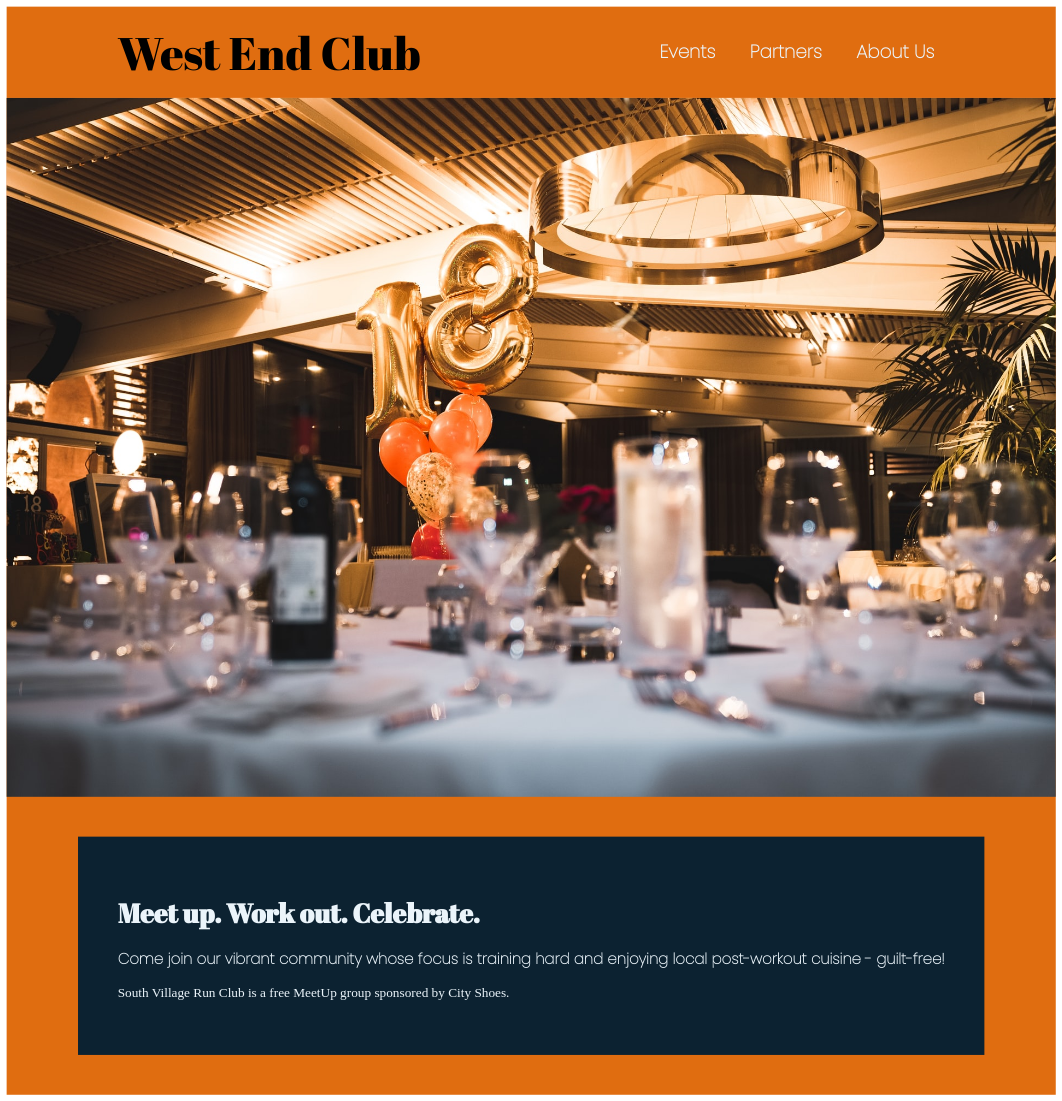
Repository: lastbronx41/lastbronx41.github.io
Page: starting/index.html
The author's editor kept a copy of each file at every save. The page is drawn from the files as they stood at one save, then again after a run of saves.
The browser window is 1280 px wide. The pictures show the whole page, at 83% of full size.
Some web fonts or font styles are not loaded; a fallback is used.

Above is the page before, as saved 2022-07-19 04:39:55.

After the next 3 saves:
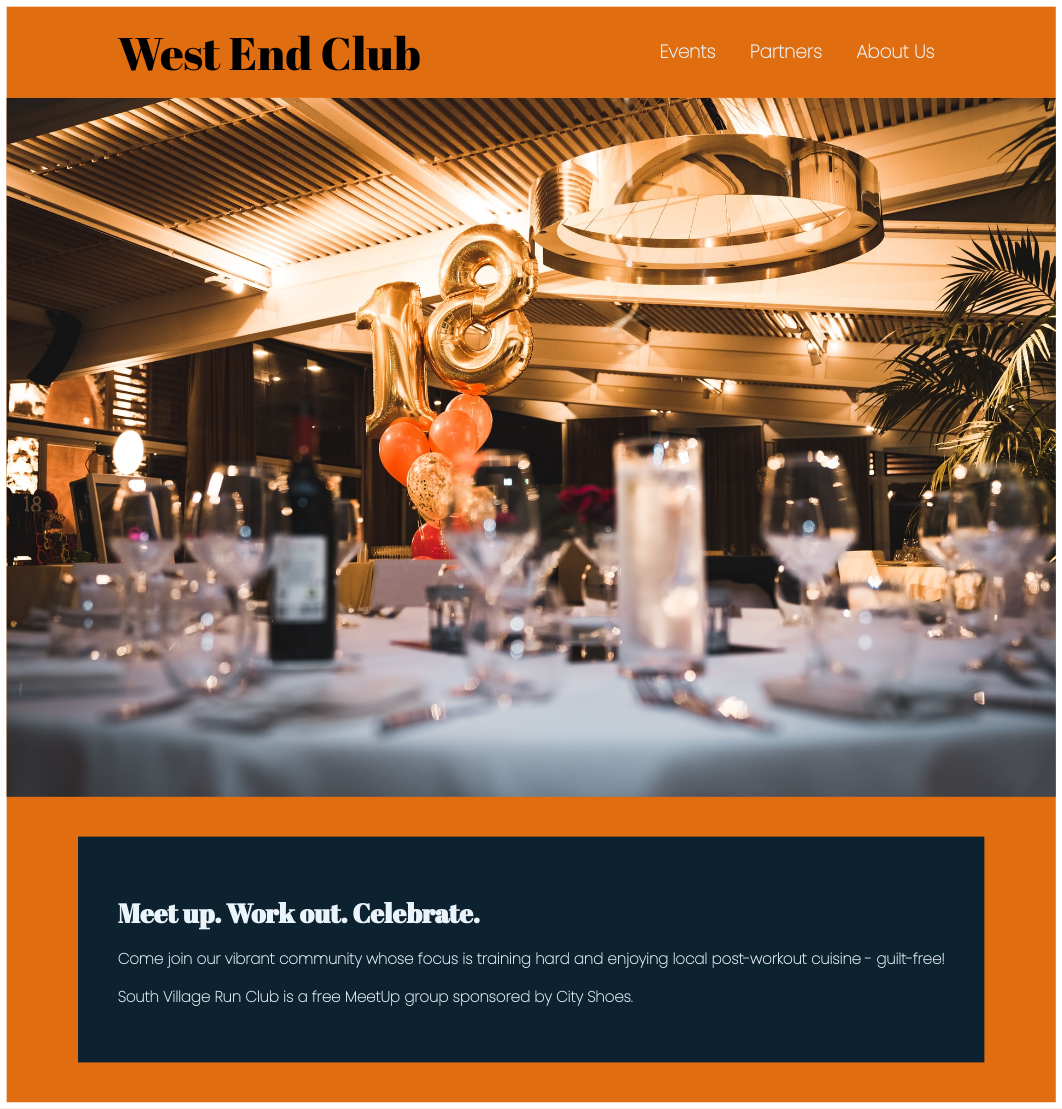
The 3 saves are shown as one change because they came seconds apart.
The last was saved 8 s later.
--- a/starting/index.html
+++ b/starting/index.html
@@ -37,7 +37,8 @@
          <div class="main-text">
             <h1>Meet up. Work out. Celebrate.</h1>
                <p>Come join our vibrant community whose focus is training hard and enjoying local post-workout cuisine - guilt-free!</p>
-               South Village Run Club is a free MeetUp group sponsored by City Shoes.
+
+               <p>South Village Run Club is a free MeetUp group sponsored by City Shoes.
                </p>
 
          </div>
